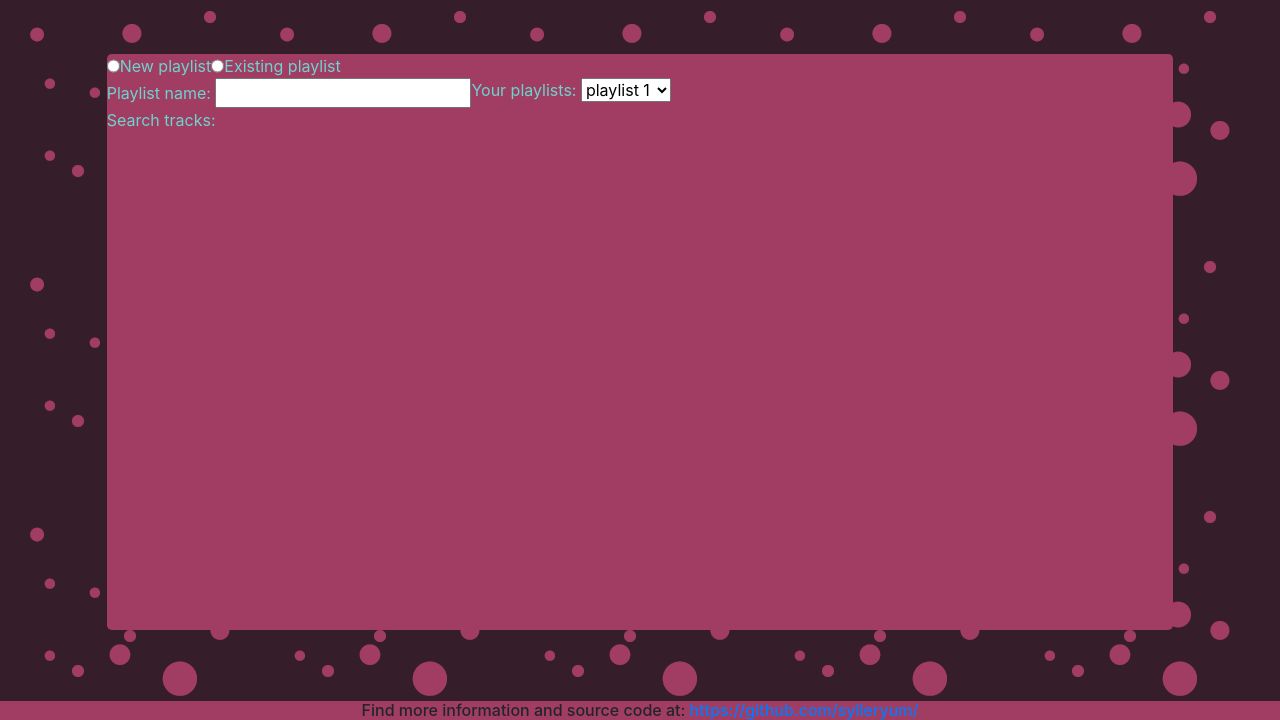
Repository: sylleryum/Frontend
Page: GetTopTracks/index.html
The author's editor kept a copy of each file at every save. The page is drawn from the files as they stood at one save, then again after a run of saves.
The browser window is 1280 px wide. The pictures show the whole page.

Above is the page before, as saved 2019-10-13 15:59:16.

After the next 2 saves:
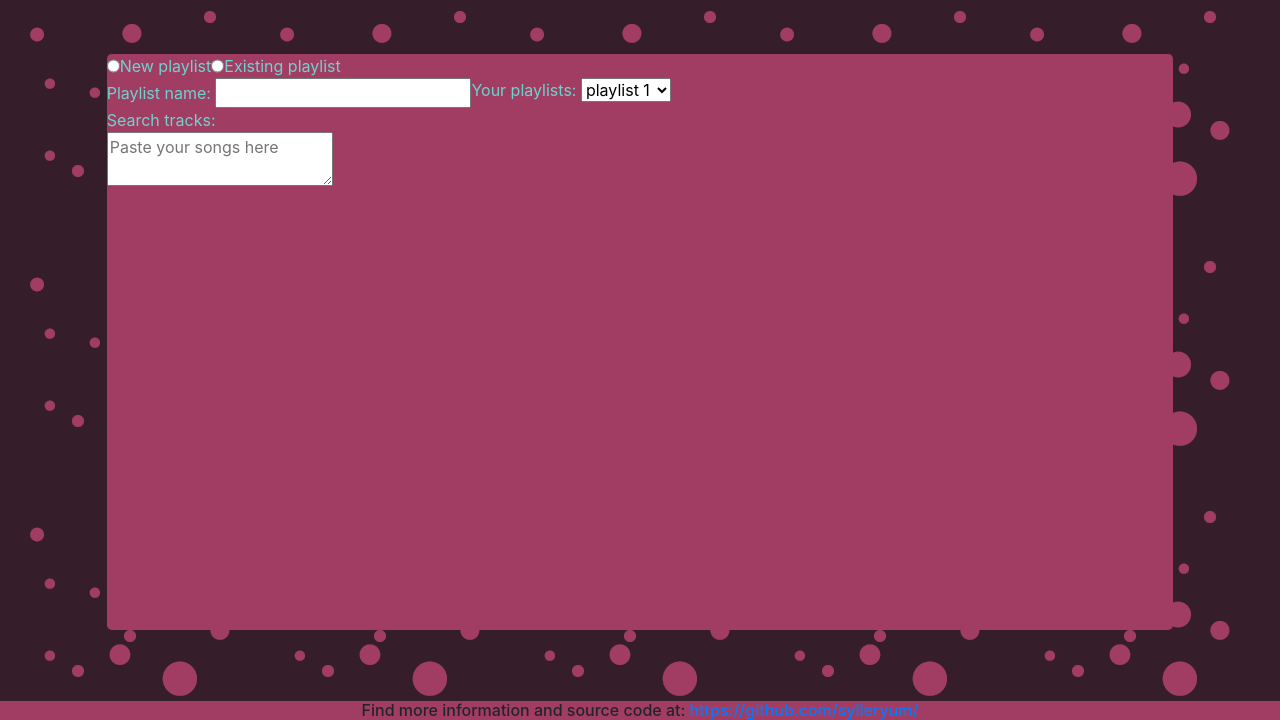
The 2 saves are shown as one change because they came seconds apart.
The last was saved 15 s later.
--- a/GetTopTracks/index.html
+++ b/GetTopTracks/index.html
@@ -48,7 +48,10 @@
                     <div class="row">
                          Search tracks:
                     </div>
-                    <div class="row"></div>
+                    <div class="row">
+                         <textarea class="textarea-search" id="searchName" name="searchName"
+                              placeholder="Paste your songs here"></textarea>
+                    </div>
                     <div class="row"></div>
 
                </div>
